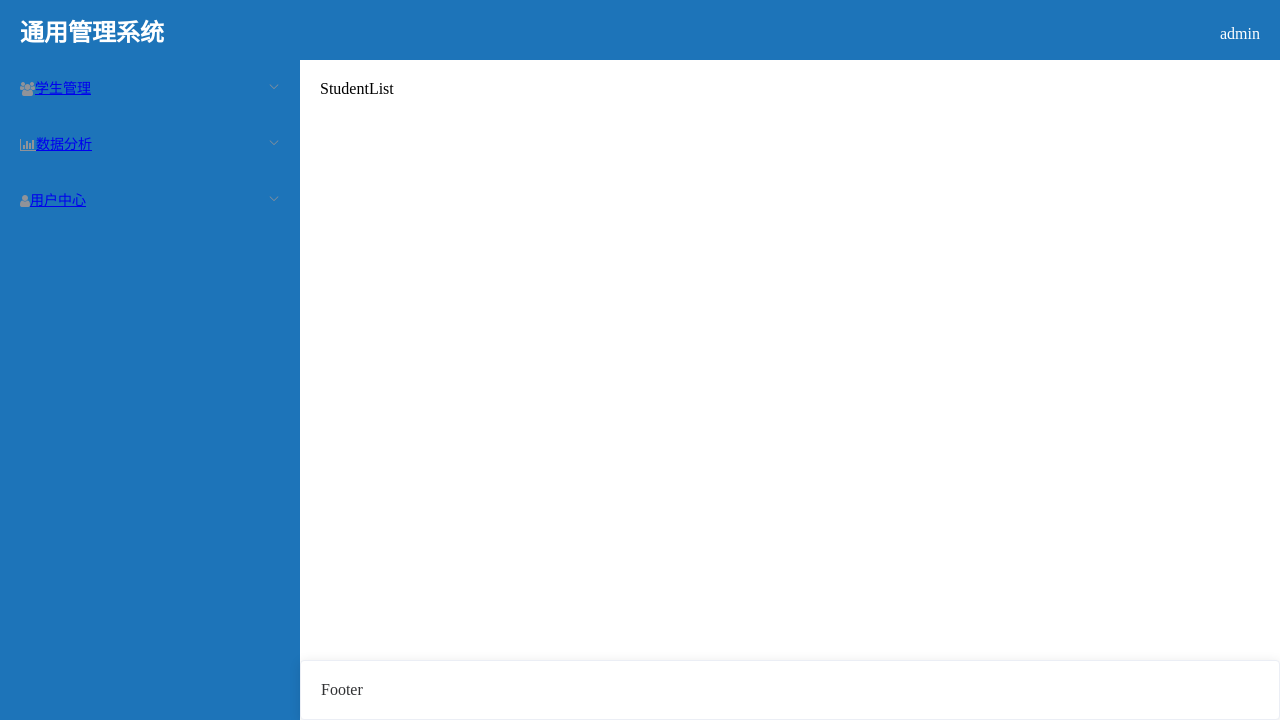
Repository: LdoIt/backstage-management-system
Page: /#/home (app in backstage-management-system/)
The author's editor kept a copy of each file at every save. The page is drawn from the files as they stood at one save, then again after the next save.
The browser window is 1280 px wide. The pictures show the whole page.
The project was rebuilt for these pictures with package versions that can differ from the ones it lists, and the page was loaded fresh each time. Also part of the build but not shown: backstage-management-system/vue.config.js.

Above is the page before, as saved 2023-04-16 09:34:55.

### backstage-management-system/src/main.js
/*
 * @Date: 2023-04-13 17:21:53
 */
import Vue from 'vue'
import App from './App.vue'
// 引入elementUI里按需引入的组件
import './plugins/element'
// 导入路由
import router from './router'
Vue.config.productionTip = false

new Vue({
  router,
  render: h => h(App),
}).$mount('#app')

### backstage-management-system/src/App.vue
<template>
  <div class="appContainer">
    <router-view></router-view>
  </div>
</template>

<script>
// 格式化样式
import 'normalize.css'
// 引入图标
import 'font-awesome/css/font-awesome.min.css';
export default {
}
</script>

<style lang="scss">
html,
body,
.appContainer {
  height: 100%;
}
// .appContainer {
//   display: flex;
//   flex-direction: column;
//   justify-content: space-around;
// }
</style>

### backstage-management-system/src/plugins/element.js
/*
 * @Date: 2023-04-13 19:05:36
 */
import Vue from 'vue'
import {
  Button,
  Form,
  FormItem,
  Card,
  Input,
  Message,
  Container,
  Header,
  Aside,
  Main,
  Footer,
  Menu,
  Submenu,
  MenuItem,
  MenuItemGroup,
   } from 'element-ui';
Vue.use(Form);
Vue.use(Button);
Vue.use(FormItem);
Vue.use(Card);
Vue.use(Input);
Vue.use(Container);
Vue.use(Header);
Vue.use(Aside);
Vue.use(Main);
Vue.use(Footer);
Vue.use(Menu);
Vue.use(Submenu);
Vue.use(MenuItem);
Vue.use(MenuItemGroup);
Vue.prototype.$message = Message

### backstage-management-system/src/router/index.js
/*
 * @Date: 2023-04-15 08:18:06
 */
import Vue from 'vue'
// 引入vue-router
import VueRouter from 'vue-router'
import routes from './routes.js'
Vue.use(VueRouter)

export default new VueRouter({
  routes
})

### backstage-management-system/src/router/routes.js
/*
 * @Date: 2023-04-15 21:19:25
 */
export default [
  {path: '/', component: () => import('@/pages/Login'), redirect: '/login'},
  {path: '/home', name: '学生管理', iconClass: 'fa fa-users', redirect: '/home/student', component: () => import('@/pages/Home'), children: [
    {path: 'student', name: '学生列表', iconClass: 'fa fa-list', component: () => import('@/pages/students/StudentList')},
    {path: 'info', name: '信息列表', iconClass: 'fa fa-list', component: () => import('@/pages/students/InfoList')},
    {path: 'infos', name: '信息管理', iconClass: 'fa fa-list', component: () => import('@/pages/students/InfoLists')},
    {path: 'work', name: '作业列表', iconClass: 'fa fa-list', component: () => import('@/pages/students/WorkList')},
    {path: 'works', name: '作业管理', iconClass: 'fa fa-list', component: () => import('@/pages/students/WorkMent')},
  ]},
  {path: '/home', name: '数据分析', iconClass: 'fa fa-bar-chart', component: () => import('@/pages/Home'), children: [
    {path: 'dataview', name: '数据概览', iconClass: 'fa fa-line-chart', component: () => import('@/pages/dataAnalysis/DataView')},
    {path: 'mapview', name: '地图概览', iconClass: 'fa fa-line-chart', component: () => import('@/pages/dataAnalysis/MapView')},
    {path: 'travel', name: '旅游地图', iconClass: 'fa fa-line-chart', component: () => import('@/pages/dataAnalysis/TravelMap')},
    {path: 'score', name: '分数地图', iconClass: 'fa fa-line-chart', component: () => import('@/pages/dataAnalysis/ScoreMap')},
  ]},
  {path: '/home', name: '用户中心', iconClass: 'fa fa-user', component: () => import('@/pages/Home'), children: [
    {path: 'users', name: '权限管理', iconClass: 'fa fa-user', component: () => import('@/pages/users/User')},
  ]},
  {path: '/login', component: () => import('@/pages/Login')},
]

### backstage-management-system/src/pages/Home.vue
<!--
 * @Date: 2023-04-15 08:31:12
-->
<template>
  <div class="homeContainer">
    <el-container>
      <el-header><Header/></el-header>
      <el-container>
        <el-aside><Menu/></el-aside>
        <el-container>
          <el-main>
            <router-view></router-view>
          </el-main>
          <el-footer><el-card><Footer/></el-card></el-footer>
        </el-container>
      </el-container>
    </el-container>
  </div>
</template>

<script>
import Footer from '../components/common/Footer.vue'
import Header from '../components/common/Header.vue'
import Menu from '../components/common/Menu.vue'
export default {
  name: 'Home',
  components: {
    Header,
    Footer,
    Menu
  }
}
</script>

<style lang="scss">
  .homeContainer {
    height: 100%;
    .el-header {
      background-color: #1d74b9;
    }
    .el-aside {
      background-color: #1d74b9;
    }
    .el-container {
      height: 100%;
    }
    .el-footer {
      padding: 0;
    }
  }
</style>

### backstage-management-system/src/pages/students/StudentList.vue
<!--
 * @Date: 2023-04-15 21:12:11
-->
<template>
  <div>
    StudentList
  </div>
</template>

<script>
export default {

}
</script>

<style>

</style>

### backstage-management-system/src/components/common/Footer.vue
<!--
 * @Date: 2023-04-15 20:04:01
-->
<template>
  <div>
    Footer
  </div>
</template>

<script>
export default {

}
</script>

<style>

</style>

### backstage-management-system/src/components/common/Header.vue
<template>
  <div class="headerContainer">
    <h2>通用管理系统</h2>
    <div>admin</div>
  </div>
</template>

<script>
export default {

}
</script>

<style lang="scss">
  .headerContainer {
    display: flex;
    justify-content: space-between;
    align-items: center;
    color: white;
  }
</style>

### backstage-management-system/src/components/common/Menu.vue
<!--
 * @Date: 2023-04-15 20:04:31
-->
<template>
  <div class="muenContainer">
    <el-menu default-active="2" class="el-menu-vertical-demo" background-color="#1d74b9" text-color="#fff" active-text-color="#ffd04b">
      <el-submenu :index="item1.name" v-for="(item1, index1) in routes" :key="index1">
        <template slot="title">
          <i :class="item1.iconClass"></i>
          <router-link :to="item1.path">{{item1.name}}</router-link>

        </template>
        <el-menu-item-group v-for="(child, index2) in item1.children" :key="index2">
          <el-menu-item :index="child.name">
            <i :class="child.iconClass"></i>
            {{ child.name }}
          </el-menu-item>
        </el-menu-item-group>
      </el-submenu>
    </el-menu>
  </div>
</template>

<script>
export default {
  data() {
    return {
      routes: []
    }
  },
  created() {
    let routes = this.$router.options.routes;
    for (let i = 0; i < routes.length; i++) {
      if(i !== 0 && i !== routes.length - 1) {
        this.routes.push(routes[i]);
      }
    }
  },
  methods: {
  },
}
</script>

<style lang="scss">
  .muenContainer {
    width: 100%;
    height: 100%;
    .el-menu {
      border: none;
    }
  }
</style>

Loaded but not shown: backstage-management-system/public/index.html (common file)

After the next save:
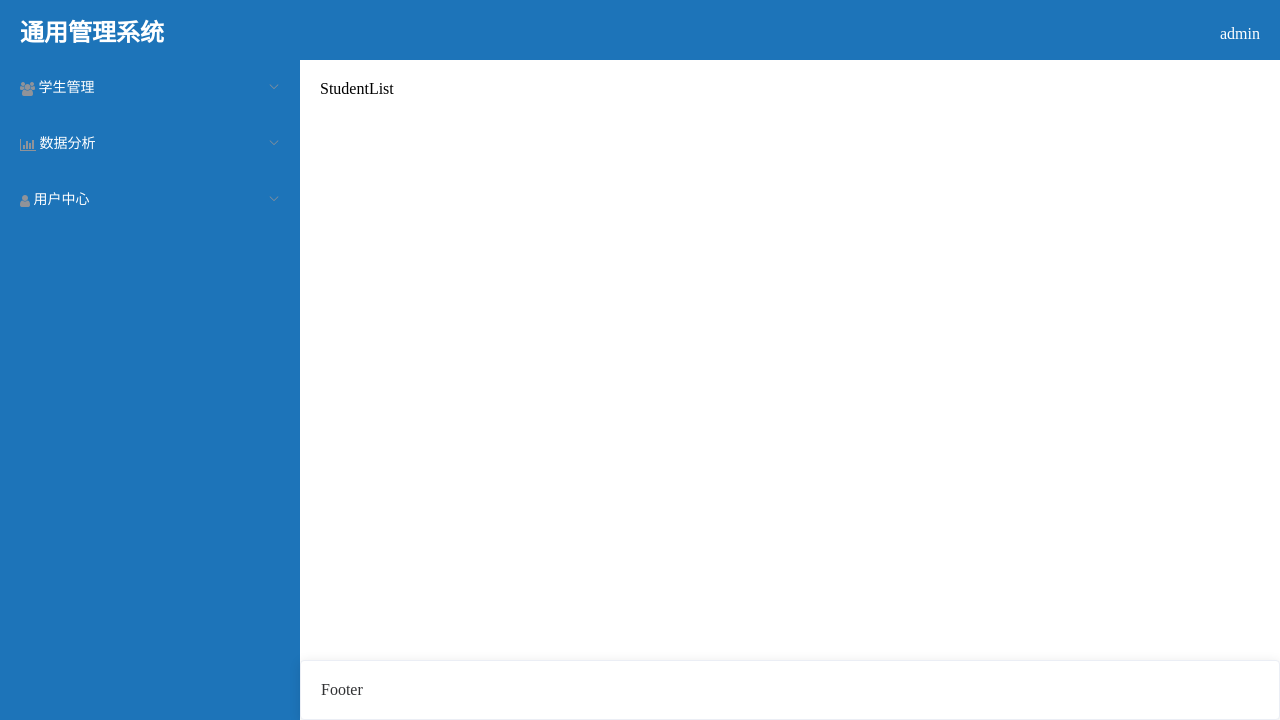
Saved 76 s later.
--- a/backstage-management-system/src/components/common/Menu.vue
+++ b/backstage-management-system/src/components/common/Menu.vue
@@ -7,8 +7,7 @@
       <el-submenu :index="item1.name" v-for="(item1, index1) in routes" :key="index1">
         <template slot="title">
           <i :class="item1.iconClass"></i>
-          <router-link :to="item1.path">{{item1.name}}</router-link>
-
+          {{item1.name}}
         </template>
         <el-menu-item-group v-for="(child, index2) in item1.children" :key="index2">
           <el-menu-item :index="child.name">
